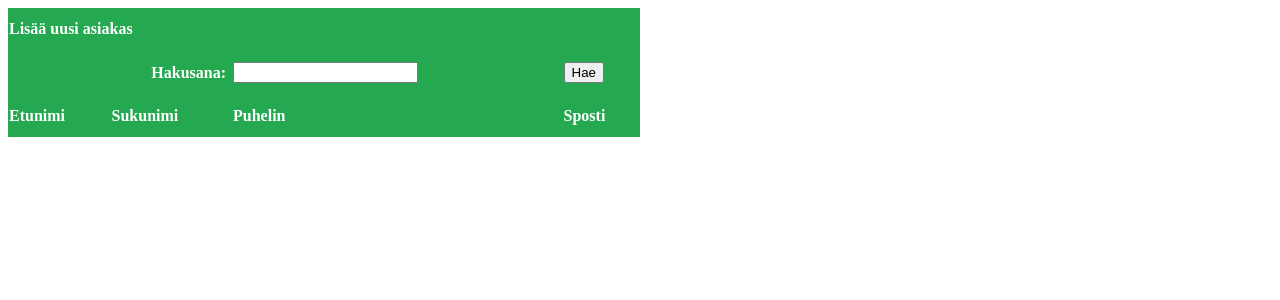
Repository: Lateh13/Asiakkaat
Page: http://localhost/Asiakkaat/listaaasiakkaat.jsp
An editor plug-in stored every save of this project. The page is shown before and after the next save, followed by the edit.
The browser window is 1280 px wide. The pictures show the whole page.
The page is served by Tomcat 9. Queries for data that is not in the repository find no rows.

Above is the page before, as saved 2020-04-29 15:53:55.

After the next save:
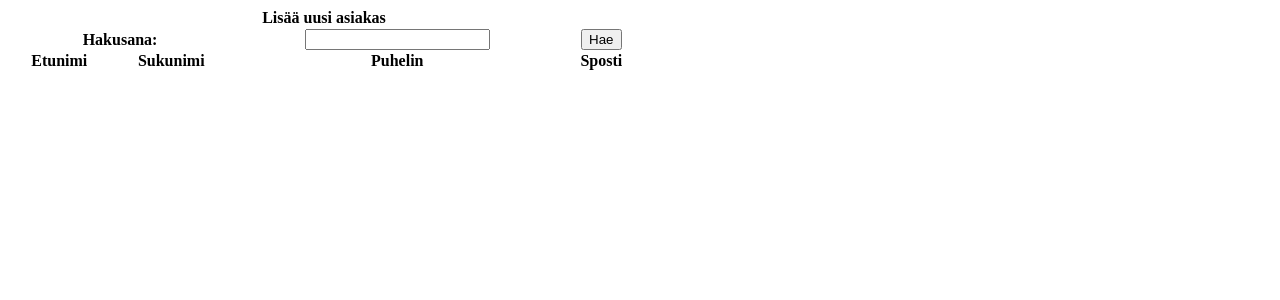
Saved 2 min 18 s later.
--- a/Asiakkaat/WebContent/css/main.css
+++ b/Asiakkaat/WebContent/css/main.css
@@ -1,38 +1,5 @@
 @charset "ISO-8859-1";
 table {
-  border-collapse: collapse;
-  width: 50%;
+	border-collapse: collapse;
+	width: 50%
 }
-
-th#th1 {
-	text-align: right;
-	padding: 6px;
-	background-color: #24a850;
-}
-
-table th {
-	text-align: left;
-	padding-top: 12px;
- 	padding-bottom: 12px;
-	background-color: #24a850;
-	color: white;
-}
-
-table td {
-	text-align: left;
-	padding: 6px;
-	border: 1px solid #ddd;
-}
-
-table tbody tr:nth-child(even) {
-  background-color: #d9d9d9;
-}
-
-table tbody tr:hover {
-	background-color: #ddd;
-}
-
-.oikealle{
-	text-align: right;
-
-}
